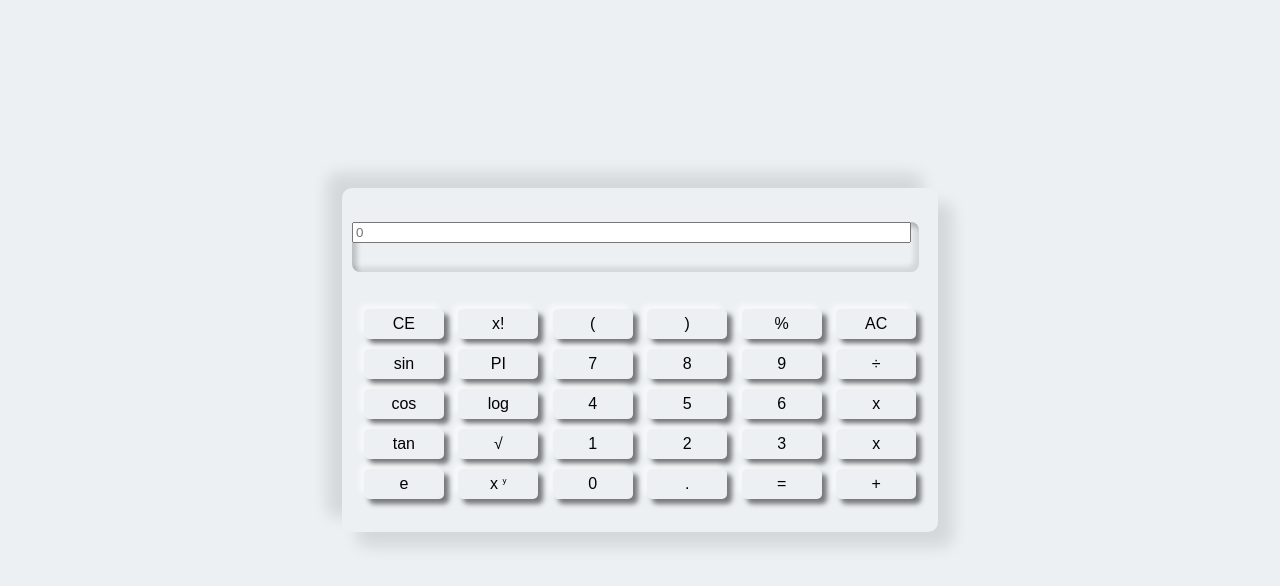
Repository: Haakim19/Scientific-Calculator
Page: intex.html
These files come from the project's save history. The page is drawn as it stood at one moment and after the next save; the edit follows.
The browser window is 1280 px wide. The pictures show the whole page.

Above is the page before, as saved 2024-10-27 12:40:12.

After the next save:
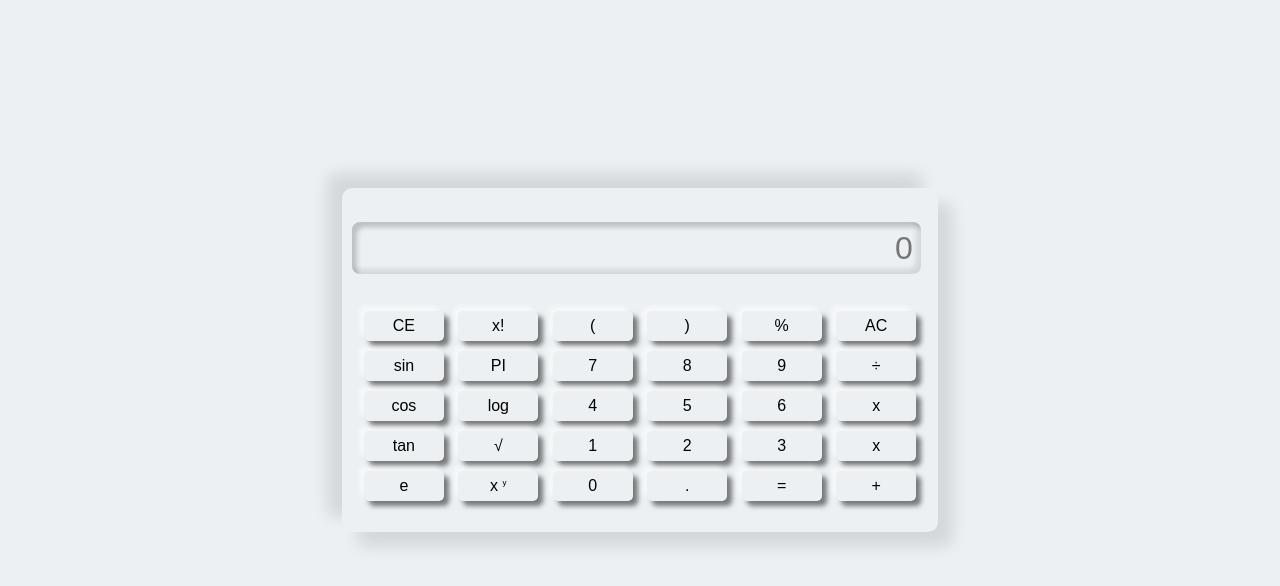
Saved 8 s later.
--- a/Style.css
+++ b/Style.css
@@ -33,7 +33,7 @@ body{
                 inset -5px -5px 5px rgba(0, 0, 0, 0.1);
 
 } */
-.display {
+.display #screen{
     width: 97%;
     height: 50px;
     border: none;
